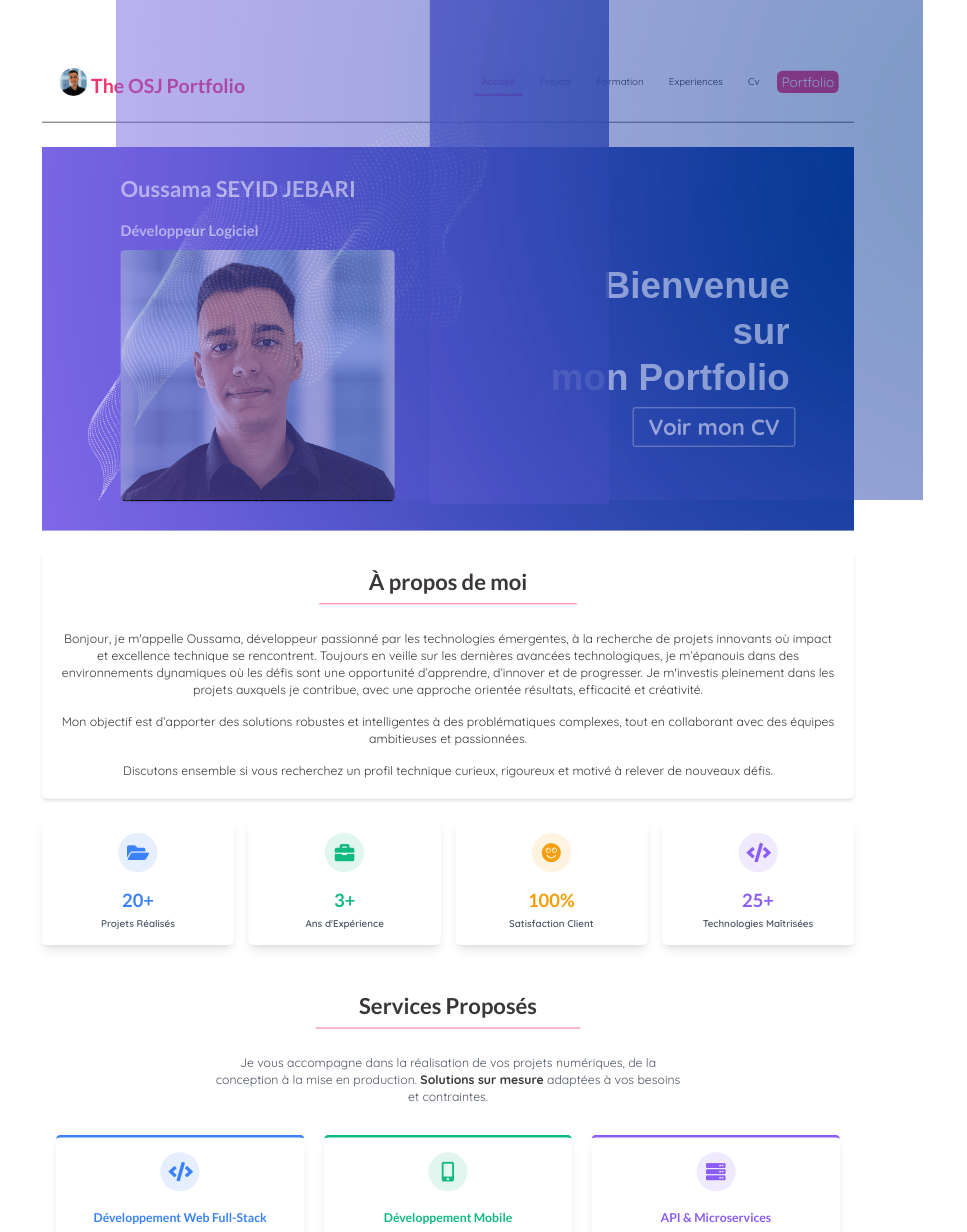
Repository: OussamSJ/Portfolio
Page: /
An editor plug-in stored every save of this project. The page is shown before and after the next save, followed by the edit.
The browser window is 1280 px wide. The page is 1382 px wide, so the pictures cover 1382 px, including what lies to the right of the window. The pictures show the part of the page from y = 0 to 1760 px (the page is 5165 px tall), at 70% of full size.
The project was rebuilt for these pictures with package versions that can differ from the ones it lists, and the page was loaded fresh each time. Also part of the build but not shown: src/Cv.js, src/Expcomponent.js, src/Experiences.js, src/FormationComponent.js, src/Formation.js, src/projets/ProjetComponent.js, src/Processus.js, src/projets/Projet.js and 5 more.

Above is the page before, as saved 2026-02-06 17:14:19.

After the next save:
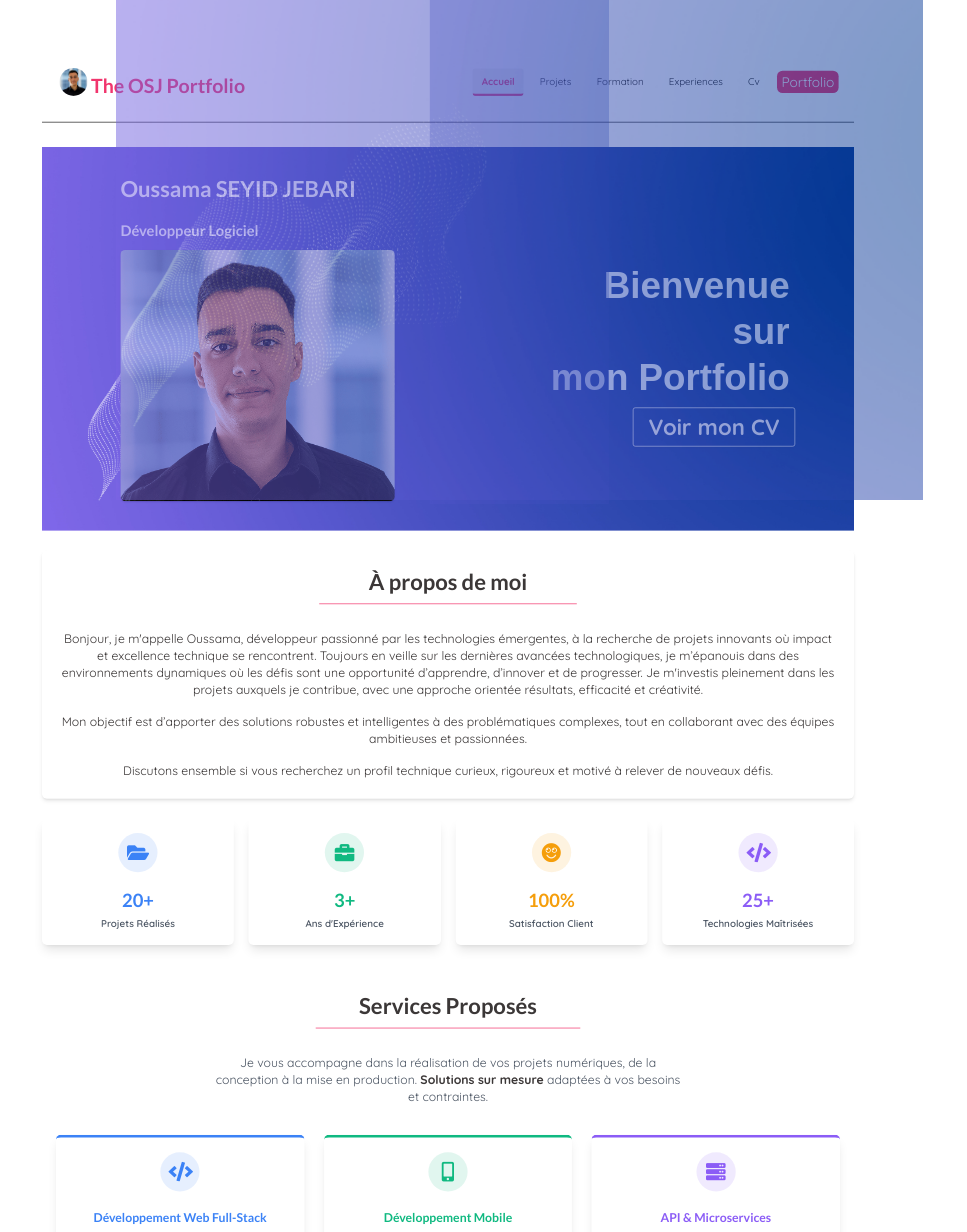
Saved 29 s later.
--- a/src/index.css
+++ b/src/index.css
@@ -139,7 +139,7 @@
 .couverture::before {
   clip-path: inset(0 40% 0 40%);
   animation: crtVerticalShake 0.18s steps(1) infinite;
-  opacity: 0.8;
+  opacity: 0.3;
 }
 
 .couverture::after {
